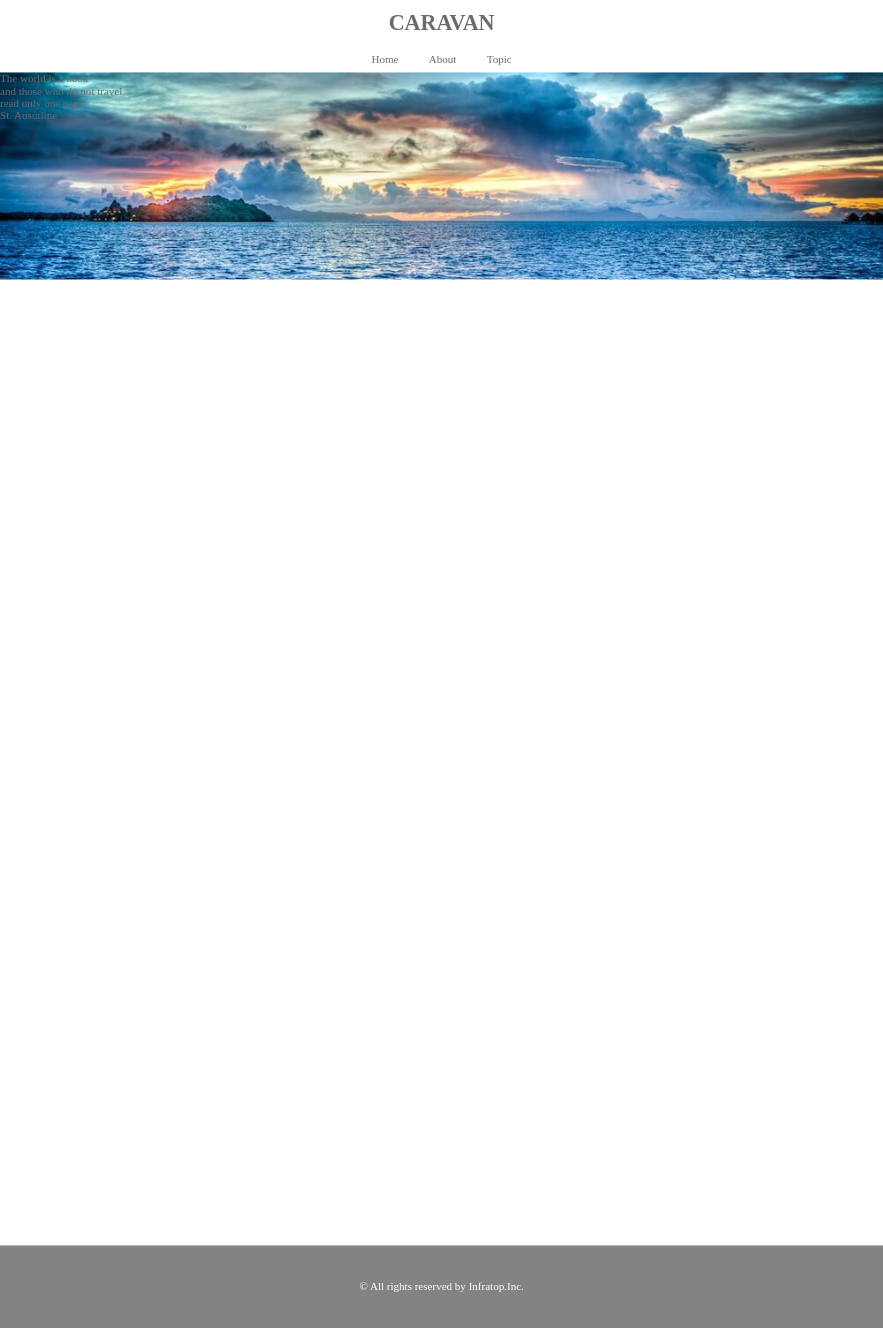
Repository: 44641/chapter9_exercise
Page: caravan/index.html
The author's editor kept a record of every edit. The page is drawn from the files as they stood at one moment, then again after the next edit.
The browser window is 1280 px wide. The pictures show the whole page, at 69% of full size.

Above is the page before.

### caravan/index.html
<!DOCTYPE html>
<html lang="ja">
  <head>
    <meta charest="UTF-8" />
    <link rel="stylesheet" href="style.css" />
    <title>CARAVAN</title>
    </head>

    <body>
      <header>
        <h1 class="heading">
          <a href="index.html">
          CARAVAN
          </a>
        </h1>
      </header>

    <nav>
      <ul class="nav-list">
        <li class="nav-list-item">
          <a href="index.html">Home</a>
        </li>
        <li class="nav-list-item">About</li>
        <li class="nav-list-item">Topic</li>
        </ul>
    </nav>

      <div class="main-visual">
       <div class="main-visual-content">
         <p class="main-visual-text">
           The world is a book<br />
           and those who do not travel<br /> read only one page.
         </p>
         <p class="main-visual-name">
           St. Ausutline
         </p>
       </div>
      </div>

      <div class="main">
       <div class="blog"></div>
       <div class="sidebar"></div>
       </div>


      <footer>
        <p class="footer-text">© All rights reserved by Infratop.Inc.</p>
      </footer>



    </body>
</html>

### caravan/style.css
/* ブラウザがそれぞれ持っているCSSをリセットするための記述 */
*
{
  margin: 0;
  padding: 0;
  box-sizing: border-box;
    color: #6c6b6b;
}

a {
  text-decoration: none;
}

header {
  width: 90%;
  padding: 15px 0;
  margin: 0 auto;
  text-align: center;
}

header .heading {
  font-size: 32px;
}

.nav-list {
  text-align: center;
  padding: 10px 0;
  margin: 0 auto;
}

.nav-list-item {
  list-style: none;
  display: inline-block;
  margin: 0 20px;
}

.main-visual {
  width: 100%;
  height: 300px;
  background-image: url(img/mv.jpg);
  background-size: cover;
  background-position: center;
}

.main-visual-content {
  width: 350px;
  height: 300px;
}

.main{
  width: 840px;;
  display: flex;
  justify-content: center;
  margin: 0 auto;
}

.blog {
  width: 600px;
  height: 1400px;
}

.sidebar {
  width: 240px;
  height: 1400px;
}

footer {
  width: 100%;
  height: 120px;
  text-align: center;
  line-height: 120px;
  background-color: #848282;
}

.footer-text {
  color: #fff;
}

After the next edit:
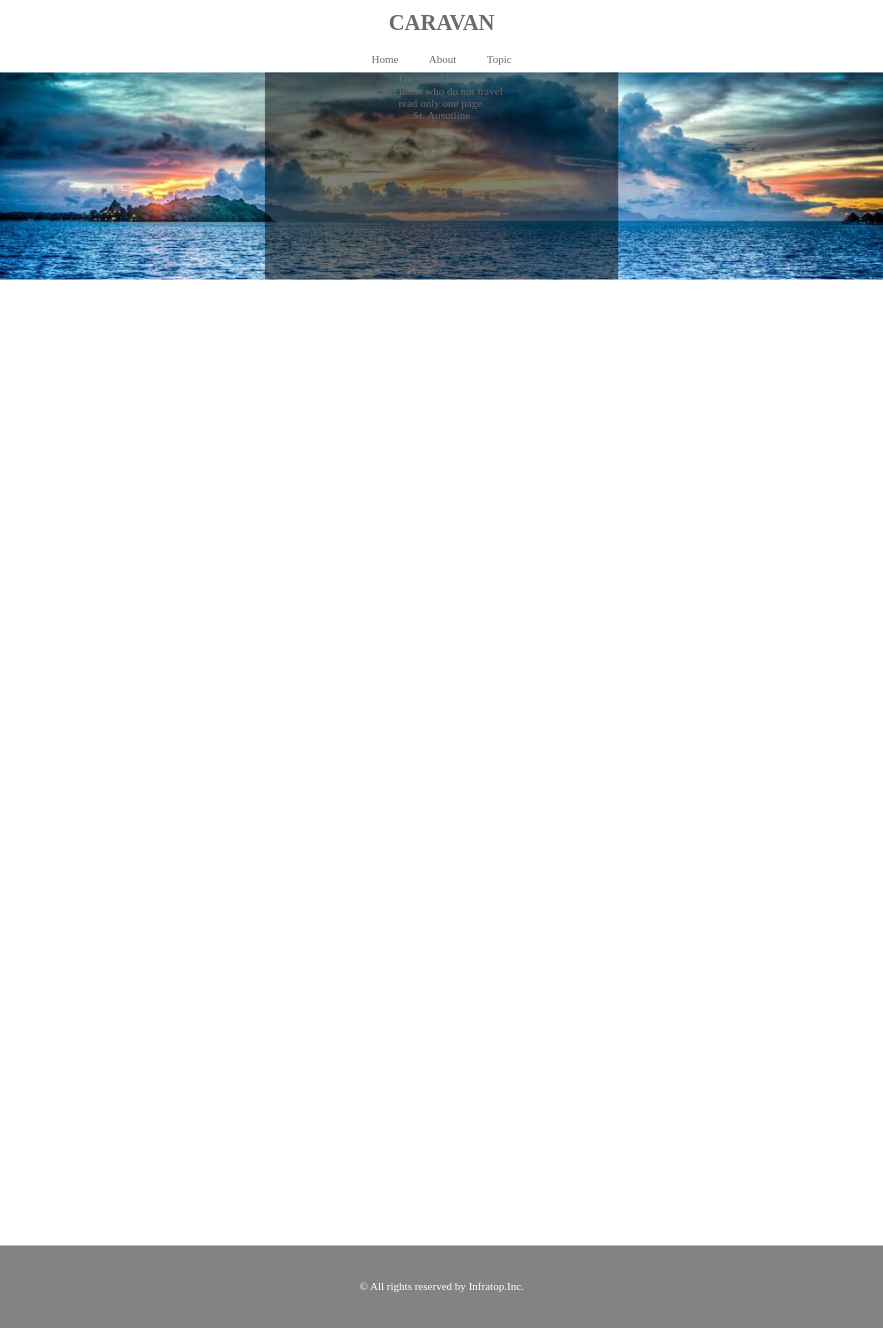
The edit:
--- a/caravan/style.css
+++ b/caravan/style.css
@@ -43,8 +43,11 @@
 }
 
 .main-visual-content {
-  width: 350px;
+  width: 40%;
   height: 300px;
+  background-color: rgba(0, 0, 0, 0.5);
+  text-align: center;
+  margin: 0 auto;
 }
 
 .main{
